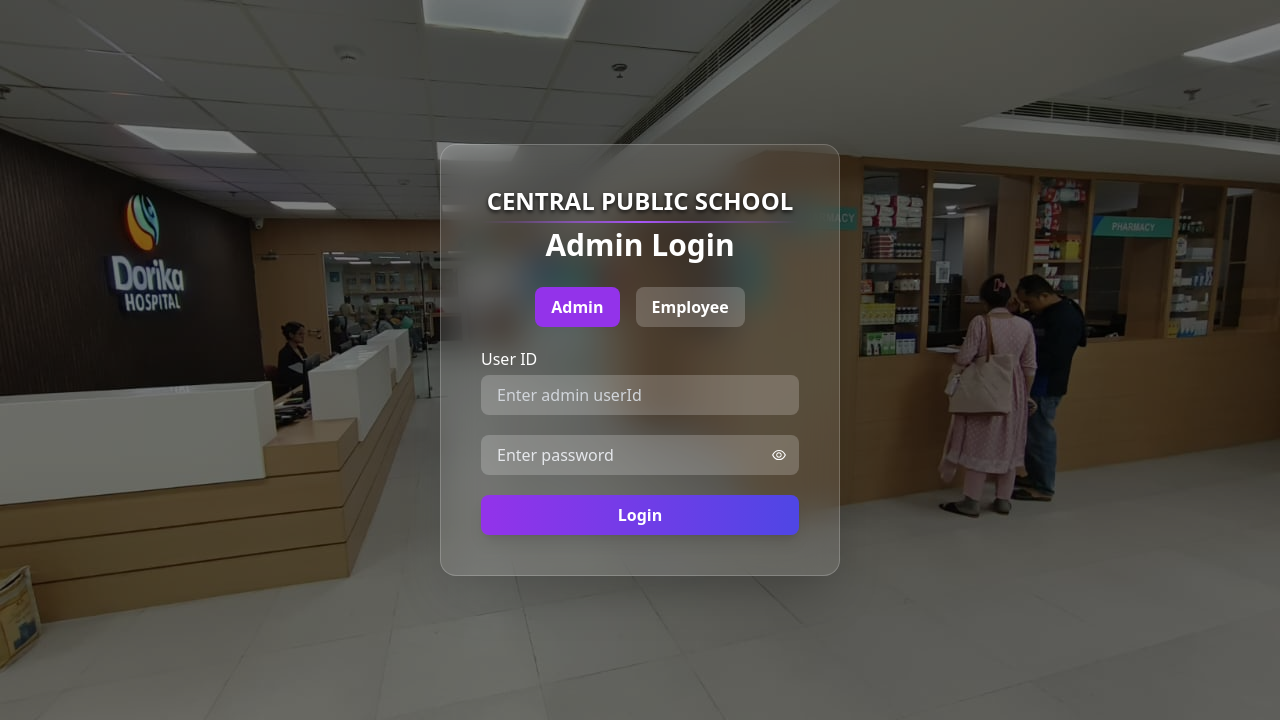
Repository: sixfoxtechnology123/DORIKA_HOSPITAL
Page: /
The author's editor kept a copy of each file at every save. The page is drawn from the files as they stood at one save, then again after the next save.
The browser window is 1280 px wide. The pictures show the whole page.
The project was rebuilt for these pictures with package versions that can differ from the ones it lists, and the page was loaded fresh each time. Also part of the build but not shown: src/component/HomePage.js, src/component/BackButton.js, src/Master/MasterPage.js, src/component/Sidebar.js, src/Master/DepartmentList.js, src/Master/DepartmentMaster.js, src/Master/DesignationMaster.js, src/Master/DesignationList.js and 41 more.

Above is the page before, as saved 2026-01-22 10:56:10.

After the next save:
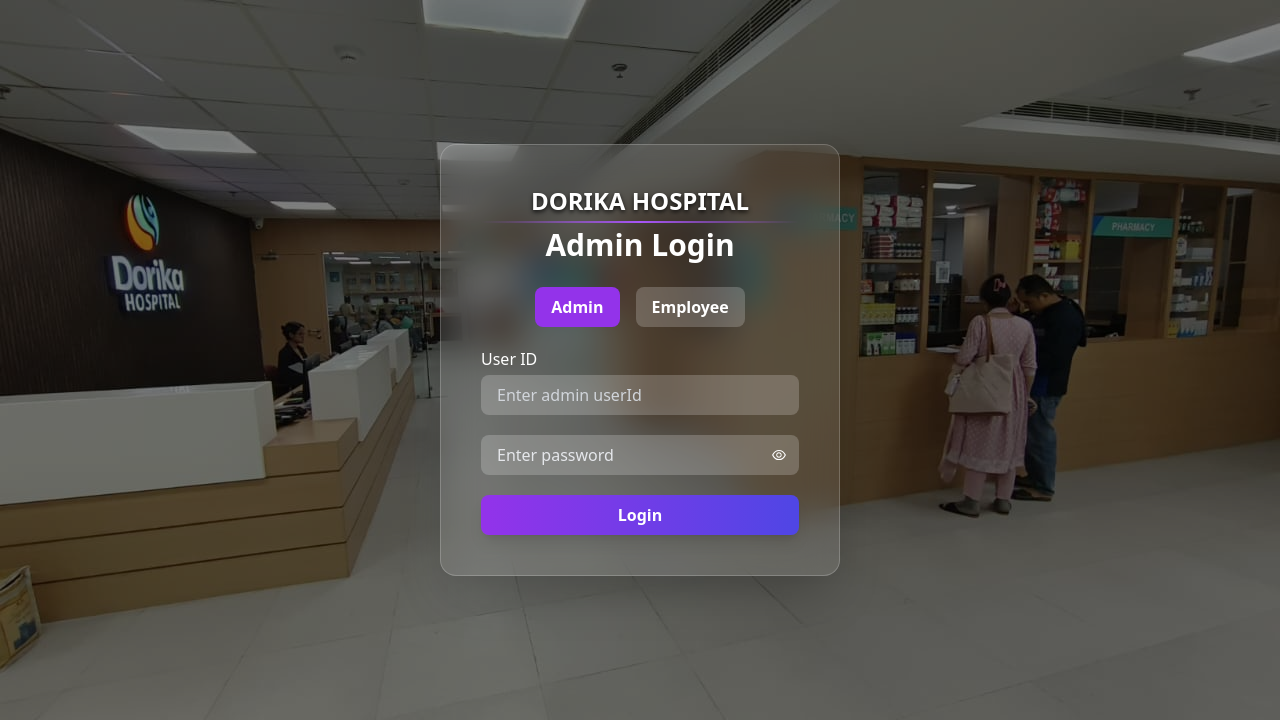
Saved 11 s later.
--- a/src/component/AdminLogin.js
+++ b/src/component/AdminLogin.js
@@ -81,7 +81,7 @@
       <div className="relative z-10 bg-white/10 backdrop-blur-lg p-10 rounded-2xl shadow-2xl w-[90%] sm:w-[400px] border border-white/20">
       <div className="text-center mb-1">
         <h2 className="text-2xl font-black text-white tracking-tighter sm:tracking-normal drop-shadow-[0_2px_2px_rgba(0,0,0,0.8)]">
-          CENTRAL PUBLIC SCHOOL
+          DORIKA HOSPITAL
         </h2>
         <div className="h-[2px] w-full bg-gradient-to-r from-transparent via-purple-500 to-transparent mt-1"></div>
       </div>
